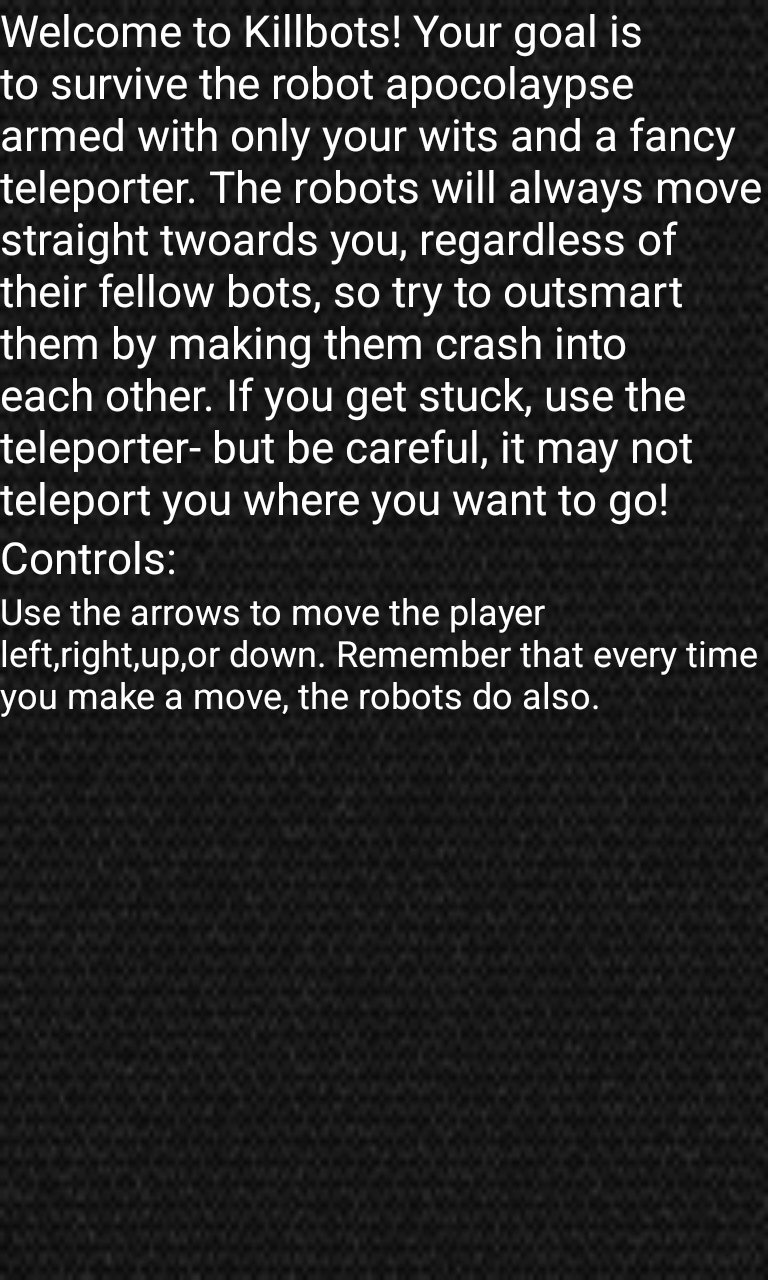
Repository: Tacohen/Killbots
Layout: Killbots/res/layout/how_to_play.xml
The author's editor kept a copy of each file at every save. The layout is drawn from the files as they stood at one save, then again after the next save.
It is drawn on a 768 x 1280 px phone screen (xhdpi) without system bars, with theme AppTheme; the app's code is not run.

Above is the layout before, as saved 2013-12-09 01:51:29.

### Killbots/res/layout/how_to_play.xml
<?xml version="1.0" encoding="utf-8"?>
<LinearLayout xmlns:android="http://schemas.android.com/apk/res/android"
    android:layout_width="match_parent"
    android:layout_height="match_parent"
    android:background="@drawable/binding_dark"
    android:orientation="vertical" >

    <TextView
        android:id="@+id/overviewText"
        android:layout_width="wrap_content"
        android:layout_height="wrap_content"
        android:textColor="#FFFFFF"
        android:text="Welcome to Killbots! Your goal is to survive the robot apocolaypse armed with only your wits and a fancy teleporter. The robots will always move straight twoards you, regardless of their fellow bots, so try to outsmart them by making them crash into each other. If you get stuck, use the teleporter- but be careful, it may not teleport you where you want to go!"
        android:textAppearance="?android:attr/textAppearanceLarge" />

    <TextView
        android:id="@+id/controlsText"
        android:layout_width="wrap_content"
        android:layout_height="wrap_content"
        android:textColor="#FFFFFF"
        android:text="Controls:"
        android:textAppearance="?android:attr/textAppearanceLarge" />

    <TextView
        android:id="@+id/arrowsText"
        android:layout_width="wrap_content"
        android:layout_height="wrap_content"
        android:textColor="#FFFFFF"
        android:text="Use the arrows to move the player left,right,up,or down. Remember that every time you make a move, the robots do also."
        android:textAppearance="?android:attr/textAppearanceMedium" />

</LinearLayout>

Loaded but not shown: Killbots/res/values/styles.xml (common file); Killbots/res/values-v11/styles.xml (common file); Killbots/res/values-v14/styles.xml (common file)

After the next save:
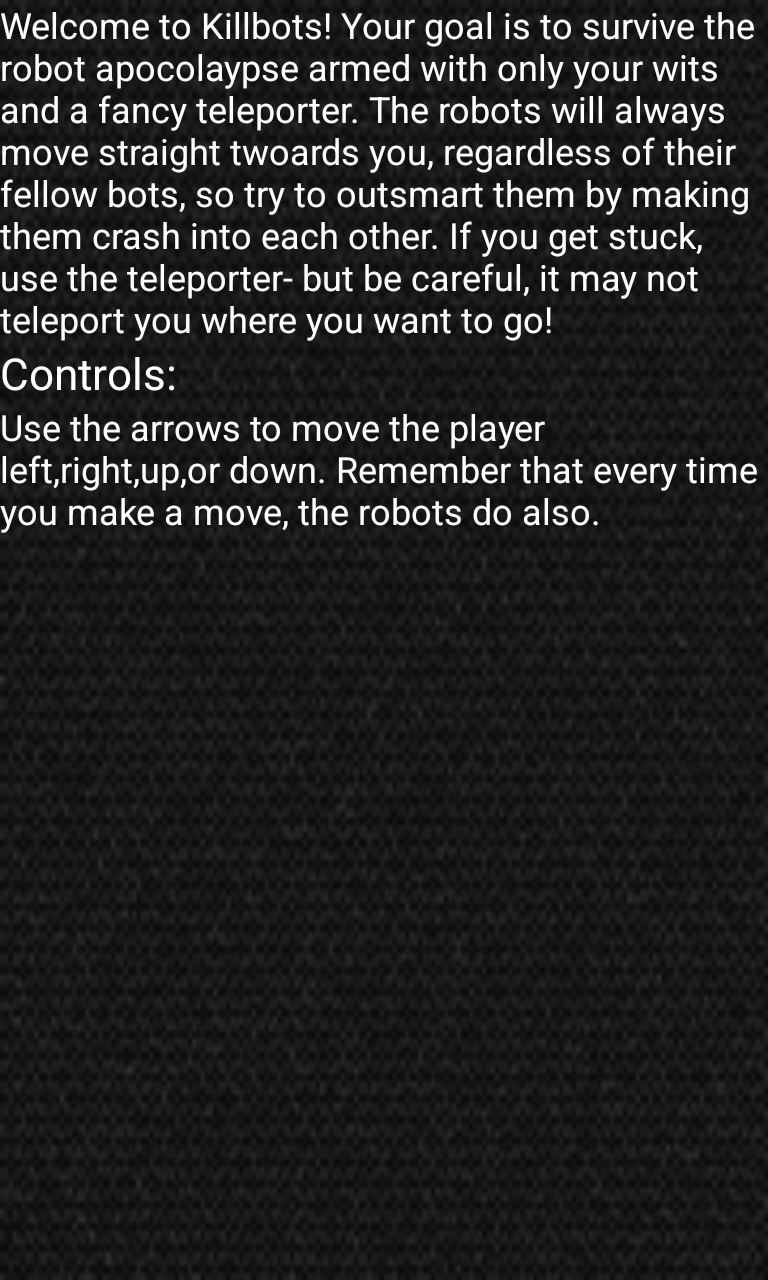
Saved 18 s later.
--- a/Killbots/res/layout/how_to_play.xml
+++ b/Killbots/res/layout/how_to_play.xml
@@ -11,7 +11,7 @@
         android:layout_height="wrap_content"
         android:textColor="#FFFFFF"
         android:text="Welcome to Killbots! Your goal is to survive the robot apocolaypse armed with only your wits and a fancy teleporter. The robots will always move straight twoards you, regardless of their fellow bots, so try to outsmart them by making them crash into each other. If you get stuck, use the teleporter- but be careful, it may not teleport you where you want to go!"
-        android:textAppearance="?android:attr/textAppearanceLarge" />
+        android:textAppearance="?android:attr/textAppearanceMedium" />
 
     <TextView
         android:id="@+id/controlsText"
